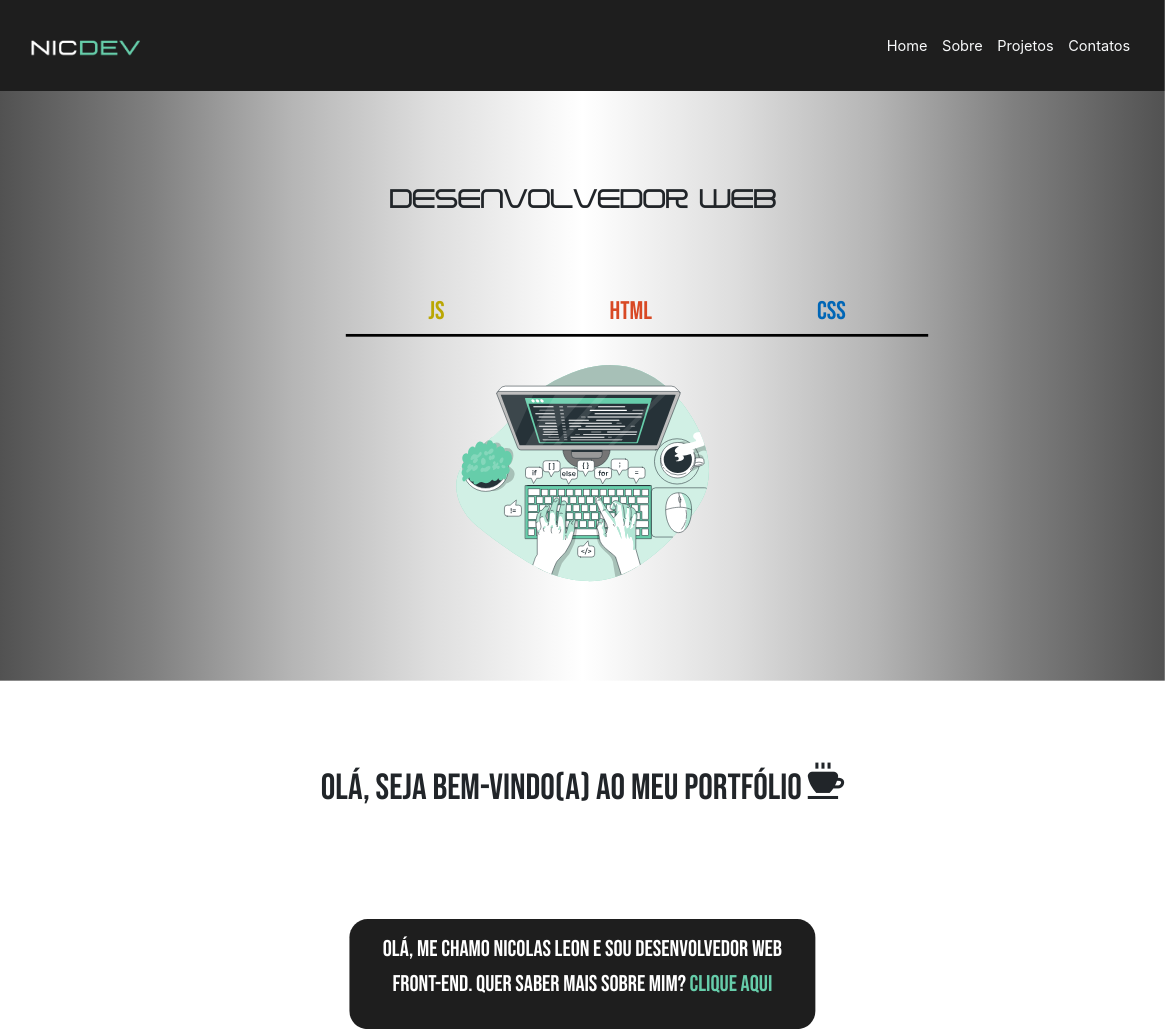
Repository: Leonngc/nicdev
Page: index.html
These files come from the project's save history. The page is drawn as it stood at one moment and after the next save; the edit follows.
The browser window is 1280 px wide. The pictures show the whole page, at 91% of full size.
Some web libraries are served in a nearby version.

Above is the page before, as saved 2023-04-14 12:09:38.

After the next save:
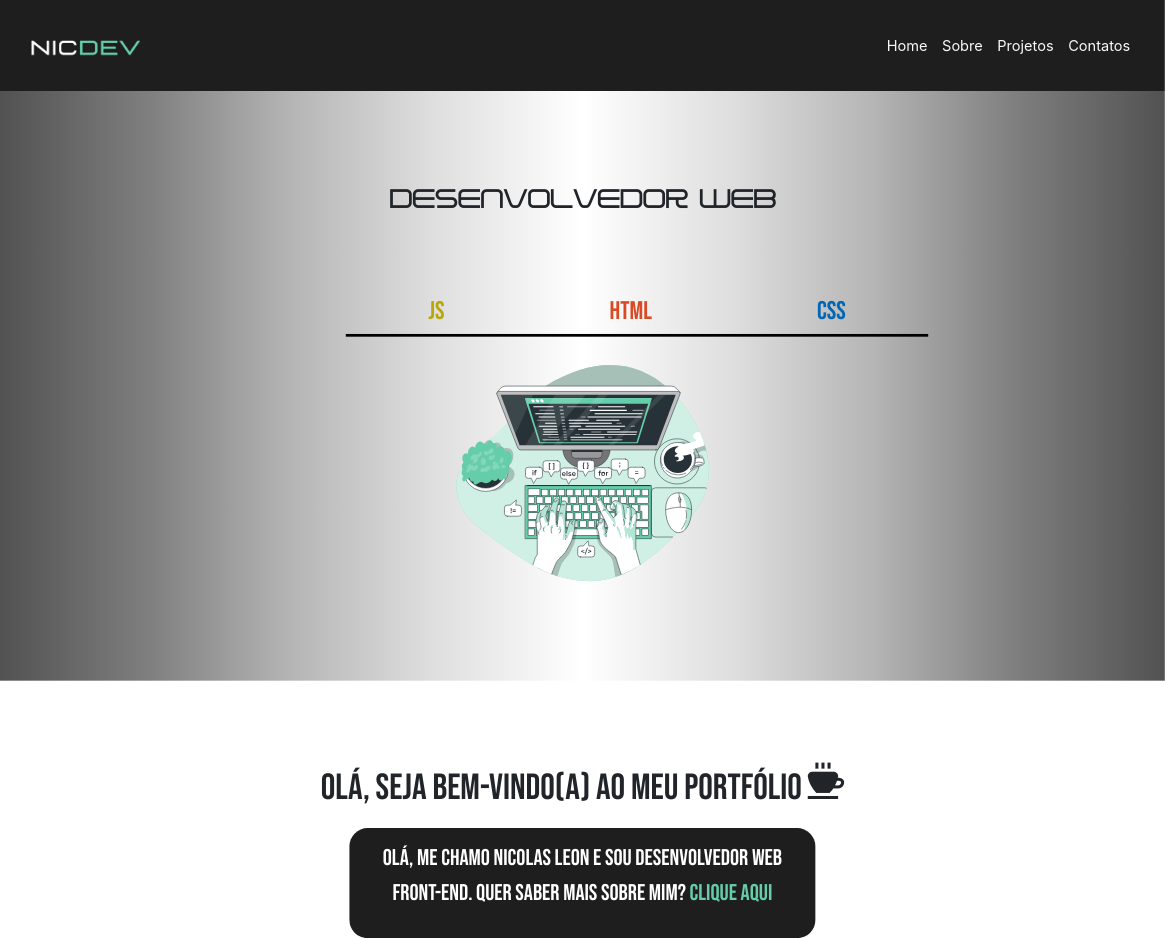
Saved 27 s later.
--- a/styles/main.css
+++ b/styles/main.css
@@ -21,7 +21,7 @@ main{
 h3{
     font-family: var(--bebas-neue), sans-serif;
     font-size: 40px;
-    margin-bottom: 120px;
+    margin-bottom: 20px;
 }
 
 .box{
